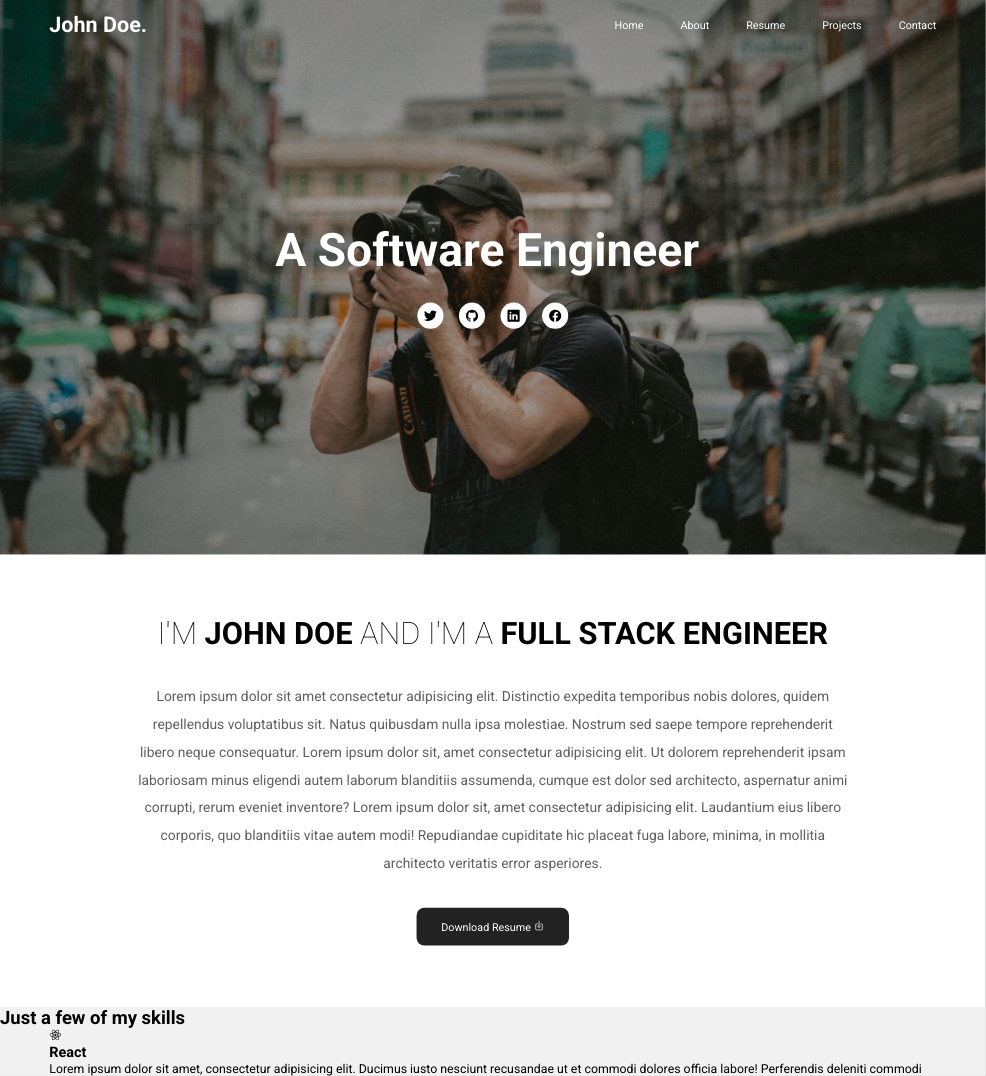
Repository: DevAntonioRogers/portfolio-tutorial
Page: index.html
These files come from the project's save history. The page is drawn as it stood at one moment and after the next save; the edit follows.
The browser window is 1280 px wide. The pictures show the whole page, at 77% of full size.
Backgrounds fixed to the window are drawn as part of the page.

Above is the page before, as saved 2023-10-31 23:34:41.

### index.html
<!DOCTYPE html>
<html lang="en">
  <head>
    <meta charset="UTF-8" />
    <meta
      name="viewport"
      content="width=device-width, initial-scale=1.0"
    />
    <script src="https://unpkg.com/typed.js@2.0.16/dist/typed.umd.js"></script>
    <script
      type="module"
      src="https://unpkg.com/ionicons@7.1.0/dist/ionicons/ionicons.esm.js"
    ></script>
    <script
      nomodule
      src="https://unpkg.com/ionicons@7.1.0/dist/ionicons/ionicons.js"
    ></script>
    <link rel="stylesheet" href="./styles/main.css" />
    <title>John Doe Portfolio</title>
  </head>
  <body>
    <!-------- NAVBAR --------->
    <header>
      <nav role="navigation" aria-label="Navigation">
        <div class="container navbar">
          <h1>John Doe.</h1>

          <ul class="nav-menu">
            <li><a href="#home">Home</a></li>
            <li><a href="#about">About</a></li>
            <li><a href="#resume">Resume</a></li>
            <li><a href="#projects">Projects</a></li>
            <li><a href="#contact">Contact</a></li>
          </ul>

          <button
            aria-label="Toggle Mobile Menu"
            class="hamburger"
          >
            <span class="bar"></span>
            <span class="bar"></span>
            <span class="bar"></span>
          </button>
        </div>
      </nav>
    </header>

    <main>
      <!--HERO SECTION -->
      <section id="home" class="hero">
        <div class="hero-overlay"></div>
        <div class="container hero-content">
          <div class="hero-text">
            <h2 id="typed-text"></h2>
          </div>

          <div
            class="hero-socials"
            aria-label="Social Media Links"
          >
            <a href="#" aria-label="Twitter Link"
              ><ion-icon name="logo-twitter"></ion-icon
            ></a>
            <a href="#" aria-label="Github Link"
              ><ion-icon name="logo-github"></ion-icon
            ></a>
            <a href="#" aria-label="LinkedIn Link"
              ><ion-icon name="logo-linkedin"></ion-icon
            ></a>
            <a href="#" aria-label="Facebook Link"
              ><ion-icon name="logo-facebook"></ion-icon
            ></a>
          </div>
        </div>
      </section>

      <!--ABOUT SECTION-->
      <section class="about" id="about">
        <div class="container">
          <h1>
            I'm <strong>John Doe</strong> and I'm a
            <strong>full stack engineer</strong>
          </h1>

          <div class="about-info">
            <p>
              Lorem ipsum dolor sit amet consectetur
              adipisicing elit. Distinctio expedita
              temporibus nobis dolores, quidem repellendus
              voluptatibus sit. Natus quibusdam nulla ipsa
              molestiae. Nostrum sed saepe tempore
              reprehenderit libero neque consequatur. Lorem
              ipsum dolor sit, amet consectetur adipisicing
              elit. Ut dolorem reprehenderit ipsam
              laboriosam minus eligendi autem laborum
              blanditiis assumenda, cumque est dolor sed
              architecto, aspernatur animi corrupti, rerum
              eveniet inventore? Lorem ipsum dolor sit, amet
              consectetur adipisicing elit. Laudantium eius
              libero corporis, quo blanditiis vitae autem
              modi! Repudiandae cupiditate hic placeat fuga
              labore, minima, in mollitia architecto
              veritatis error asperiores.
            </p>
          </div>

          <button
            class="about-button"
            aria-label="Download Resume Button"
          >
            Download Resume
            <ion-icon
              name="download-outline"
              aria-hidden="true"
            ></ion-icon>
          </button>
        </div>
      </section>

      <!--SKILLS SECTION-->
      <section class="skills" id="skills">
        <h1>Just a few of my <strong>skills</strong></h1>
        <div class="container skill-grid">
          <div class="skill">
            <ion-icon
              name="logo-react"
              class="skill-icon"
              aria-hidden="true"
            ></ion-icon>
            <h3>React</h3>
            <p>
              Lorem ipsum dolor sit amet, consectetur
              adipisicing elit. Ducimus iusto nesciunt
              recusandae ut et commodi dolores officia
              labore! Perferendis deleniti commodi
            </p>
          </div>
        </div>
      </section>
    </main>

    <script src="./app.js"></script>
  </body>
</html>

### styles/main.css
@import url("https://fonts.googleapis.com/css2?family=Roboto:wght@100;400;500;700&display=swap");
@import url(./navbar.css);
@import url(./hero.css);
@import url(./about.css);
@import url(./skills.css);

* {
  box-sizing: border-box;
  padding: 0;
  margin: 0;
  font-family: "Roboto", sans-serif;
}

html {
  scroll-behavior: smooth;
}

li {
  list-style: none;
}

a {
  text-decoration: none;
  color: inherit;
}

button {
  outline: none;
  border: none;
  background: inherit;
}

.container {
  width: 90%;
  margin: 0 auto;
  max-width: 1400px;
  height: 100%;
}

article {
  padding: 20px 0;
  display: flex;
  flex-direction: column;
  gap: 10px;
  border: solid 1px #dad9d9;
}

### app.js
//NAVBAR

const hamburger = document.querySelector('.hamburger')
const navMenu = document.querySelector('.nav-menu')
const body = document.querySelector('body')
const navLinks = navMenu.querySelectorAll('li');

hamburger.addEventListener('click', () => {
  hamburger.classList.toggle('active')
  navMenu.classList.toggle('active')
  body.classList.toggle("no-scroll")
})

function closeMenu() {
  hamburger.classList.remove('active')
  navMenu.classList.remove('active')
  body.classList.remove("no-scroll")
}

navLinks.forEach((link) => {
  link.addEventListener('click', closeMenu)
})

//TYPING DELETING TEXT
function initTypedText() {
  const options = {
    strings: [
      "Hello, I'm John Doe",
      "A Software Engineer",
      "From New York",
    ],
    typeSpeed: 50,
    backSpeed: 30,
    backDelay: 1000,
    startDelay: 500,
    loop: true,
  }
  const typed = new Typed("#typed-text", options)
}

initTypedText()

### styles/navbar.css
nav {
  background-color: transparent;
  position: fixed;
  width: 100%;
  z-index: 999;
  top: 0;
  left: 0;
  padding: 1rem 0;
}

.navbar {
  display: flex;
  justify-content: space-between;
  align-items: center;
}

.navbar h1 {
  color: white;
  font-size: 28px;
}

.nav-menu {
  display: flex;
  gap: 3rem;
  align-items: center;
}

.nav-menu li {
  font-size: 14px;
  color: white;
}

.bar {
  background-color: white;
  display: block;
  width: 23px;
  height: 2px;
  margin: 5px auto;
  transition: all 0.3s ease-in-out;
}

.hamburger {
  display: none;
  z-index: 999;
}

@media only screen and (max-width: 768px) {
  .hamburger {
    display: block;
  }

  .nav-menu {
    position: fixed;
    top: 0;
    right: 0;
    width: 100%;
    height: 100%;
    flex-direction: column;
    align-items: center;
    background-color: black;
    padding: 20px 0;
    z-index: 10;
    transition: 0.3s ease-in-out;
    gap: 5rem;
    padding-top: 6rem;
    left: -100%;
  }

  .nav-menu.active {
    left: 0;
  }

  .hamburger.active .bar:nth-child(2) {
    opacity: 0;
  }

  .hamburger.active .bar:nth-child(1) {
    transform: translateY(8px) rotate(45deg);
  }

  .hamburger.active .bar:nth-child(3) {
    transform: translatey(-6px) rotate(-45deg);
  }
}

### styles/hero.css
.hero {
  position: relative;
  height: 100vh;
  background: url(/assets/hero.jpg);
  background-size: cover;
  z-index: 1;
  background-attachment: fixed;
}

.hero-overlay {
  position: absolute;
  width: 100%;
  height: 100%;
  background-color: #0000005e;
  top: 0;
  left: 0;
  z-index: 1;
}

.hero-content {
  display: flex;
  gap: 2rem;
  flex-direction: column;
  align-items: center;
  justify-content: center;
  position: relative;
  z-index: 2;
  color: white;
}

.hero-socials {
  display: flex;
  align-items: center;
  gap: 20px;
}

.hero-socials ion-icon {
  background-color: white;
  color: black;
  padding: 8px;
  border-radius: 100%;
  font-size: 18px;
}

.hero-text {
  display: flex;
}

.hero-content h2 {
  font-size: 60px;
}

.typed-cursor {
  font-size: 60px;
  opacity: 1;
}

@media only screen and (max-width: 650px) {
  .hero-content h2 {
    font-size: 30px;
  }

  .typed-cursor {
    font-size: 30px;
    opacity: 1;
  }
}

### styles/about.css
.about {
  padding: 5rem 0;
  text-align: center;
}

.about-info {
  display: flex;
  gap: 20px;
  margin: 40px 0;
}

.about h1 {
  font-weight: 100;
  font-size: 40px;
  text-transform: uppercase;
}

.about p {
  font-size: 18px;
  color: rgb(97, 95, 95);
  line-height: 2;
  max-width: 80%;
  margin: 0 auto;
}

.about-button {
  padding: 1rem 2rem;
  background: #222;
  color: white;
  border: none;
  border-radius: 10px;
  font-size: 14px;
  cursor: pointer;
}

.about-button:hover {
  background-color: black;
  transition: 0.3s ease-in-out;
}

### styles/skills.css
.skills {
  background-color: rgb(242, 241, 241);
}

After the next save:
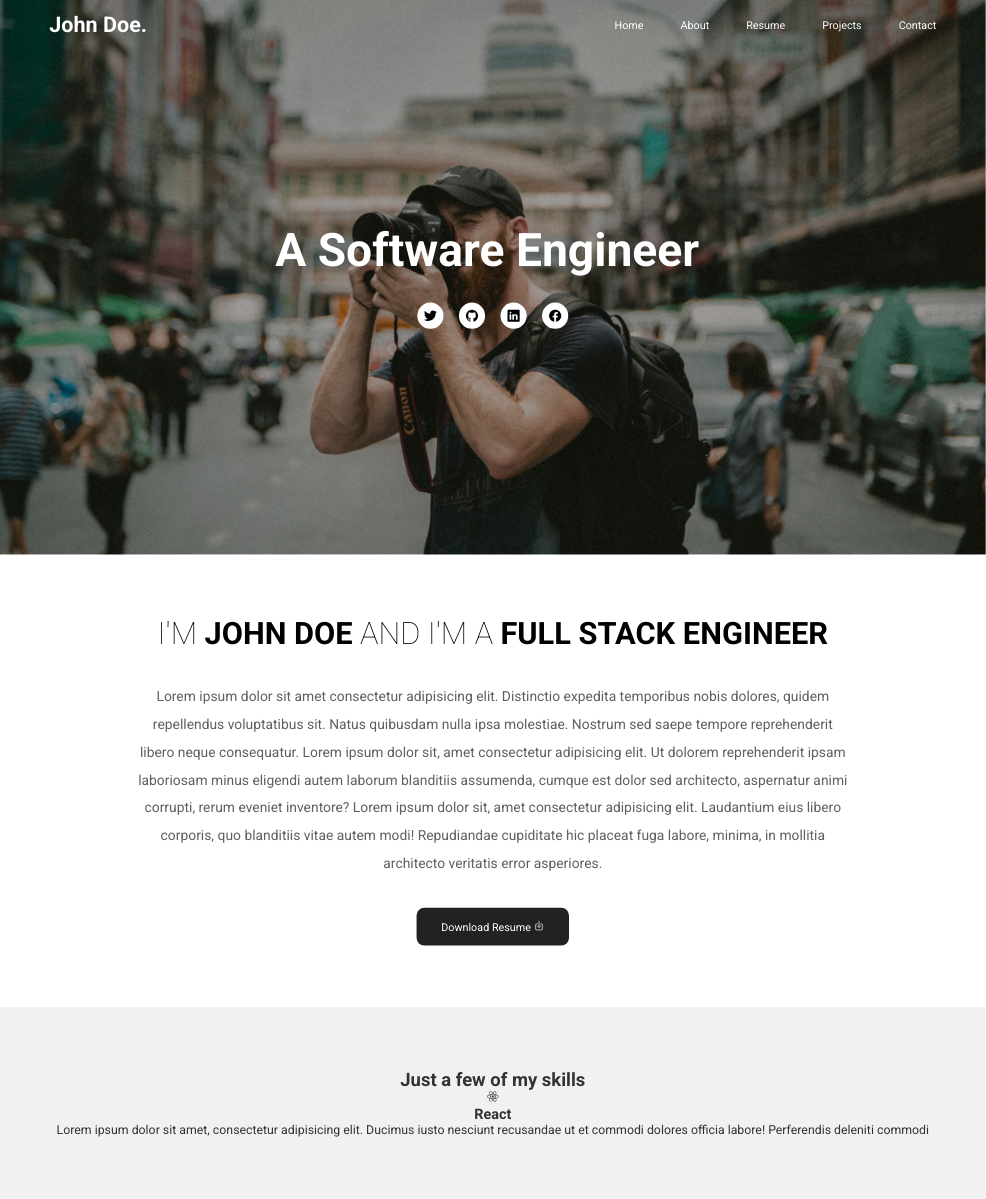
Saved 19 s later.
--- a/styles/skills.css
+++ b/styles/skills.css
@@ -1,3 +1,6 @@
 .skills {
   background-color: rgb(242, 241, 241);
+  padding: 5rem 0;
+  color: #333;
+  text-align: center;
 }
